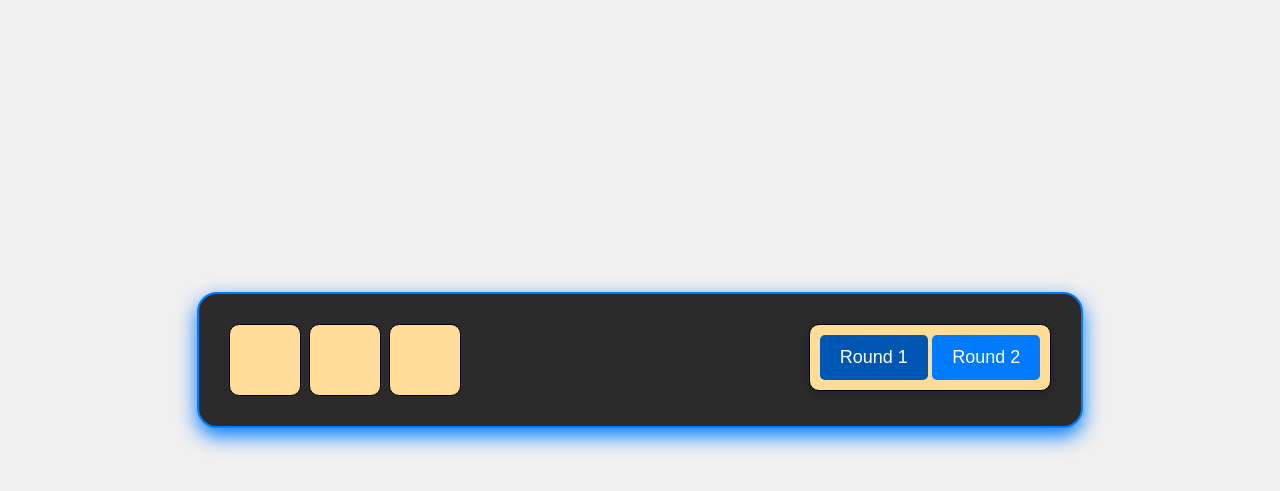
Repository: radisyah/THE_BRAIN_STORM
Page: Broken Link.html
An editor plug-in stored every save of this project. The page is shown before and after a run of saves, followed by the edit.
The browser window is 1280 px wide. The pictures show the whole page.

Above is the page before, as saved 2024-11-11 10:37:42.

After the next 2 saves:
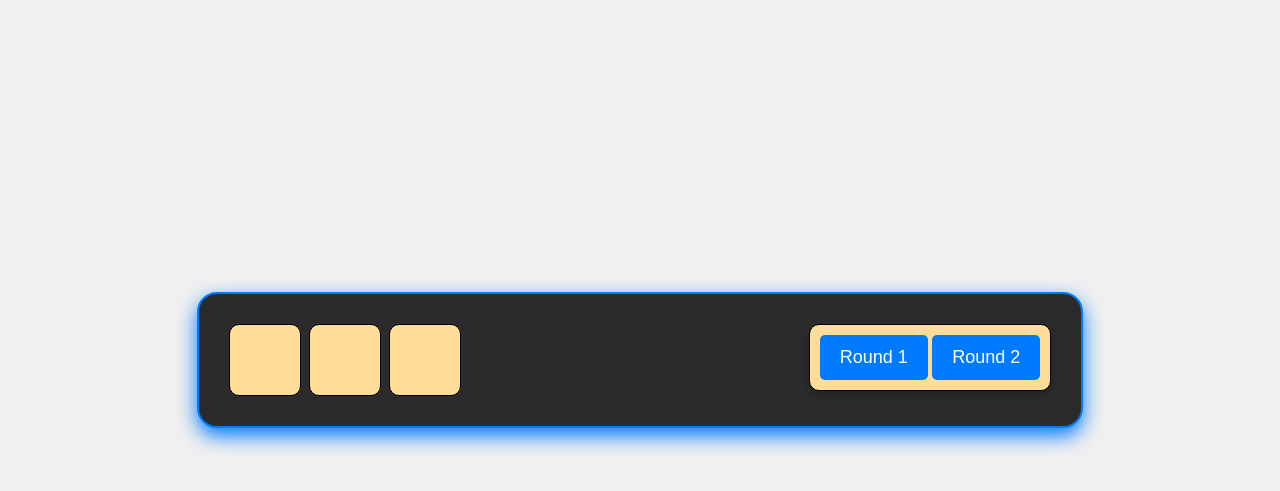
The 2 saves are shown as one change because they came seconds apart.
The last was saved 19 s later.
--- a/Broken Link.html
+++ b/Broken Link.html
@@ -228,26 +228,47 @@
     let lockedGrids = new Set();
     let currentRound = 1; // Menyimpan ronde aktif
 
-
+    // Fungsi untuk memuat soal berdasarkan ronde yang dipilih
     function loadQuestion(round) {
+        // Kosongkan grid yang ada
         const container = document.getElementById('gridContainer');
         container.innerHTML = ''; // Hapus semua elemen grid lama
+
+        // Reset variabel global
         currentPath = [];
         lockedGrids.clear();
 
+        // Pilih data yang sesuai berdasarkan ronde
         let gridData, correctPaths;
         if (round === 1) {
             gridData = gridDataRound1;
             correctPaths = correctPathsRound1;
-        } else if (round === 2 && roundCompleted[0]) {
+        } else if (round === 2) {
             gridData = gridDataRound2;
             correctPaths = correctPathsRound2;
-        } else {
-            return; // Jika Round 1 belum selesai, tidak bisa pindah ke Round 2
-        }
-
+        }
+
+        currentRound = round; // Perbarui ronde saat ini
+
+        // Update tampilan tombol untuk ronde
+        updateButtonState(round);
+
+        // Generate grid untuk ronde yang dipilih
         generateGrid(gridData, correctPaths);
-        updateButtonStyles(round);
+    }
+
+    // Fungsi untuk memperbarui tampilan tombol
+    function updateButtonState(activeRound) {
+        document.querySelectorAll('.question-button').forEach(button => {
+            const round = parseInt(button.getAttribute('data-round'));
+            if (round === activeRound) {
+                button.classList.add('active'); // Tambahkan gaya berbeda untuk tombol aktif
+                button.disabled = false;
+            } else {
+                button.classList.remove('active');
+                button.disabled = round > activeRound; // Nonaktifkan tombol untuk ronde berikutnya
+            }
+        });
     }
 
 
